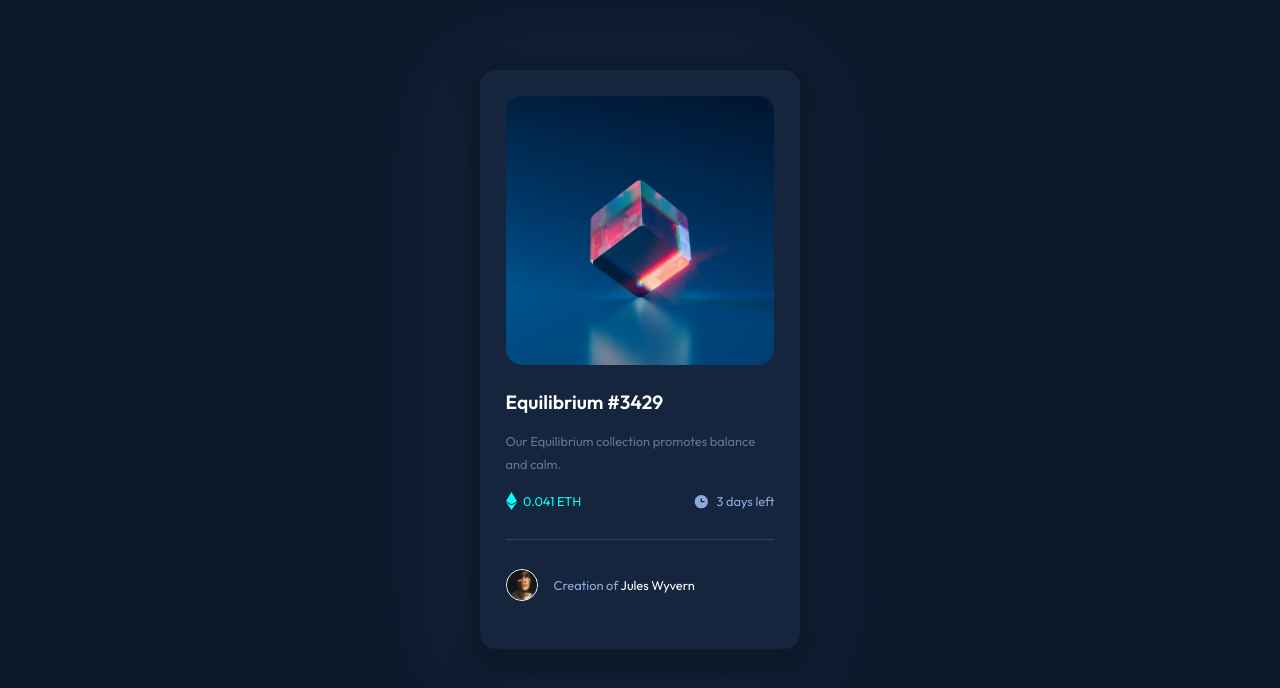
Repository: thaibaocoder1/nft-preview-card-component
Page: index.html
The author's editor kept a copy of each file at every save. The page is drawn from the files as they stood at one save, then again after a run of saves.
The browser window is 1280 px wide. The pictures show the whole page.
The pointer rests on the first visible `.container .modal`.

Above is the page before, as saved 2023-01-06 20:13:14.

### index.html
<!DOCTYPE html>
<html lang="en">
<head>
  <meta charset="UTF-8">
  <meta name="viewport" content="width=device-width, initial-scale=1.0">
  <link rel="icon" type="image/png" sizes="32x32" href="./images/favicon-32x32.png">
  <title>Frontend Mentor | NFT preview card component</title>
  <link rel="stylesheet" href="./images/favicon-32x32.png">
  <link rel="stylesheet" href="./style.css">
  <style>
    .attribution { font-size: 11px; text-align: center; }
    .attribution a { color: hsl(228, 45%, 44%); }
  </style>
</head>
<body>
  <main class="container">
      <div class="modal">
        <img src="./images/image-equilibrium.jpg" alt="Image" class="container-img">
        <div class="overlay">
          <a href="#" class="icon" title="hover">
                <img src="./images/icon-view.svg" alt="">
            </a>
        </div>
      </div>
    <div class="container-content">
      <h2 class="container-heading">Equilibrium #3429</h2>
      <p class="container-desc">Our Equilibrium collection promotes balance and calm.</p>
      <section class="container-date">
        <div class="container-date-right">
          <img src="./images/icon-ethereum.svg" alt="" class="container-date--image">
          <span class="container-date--text">
            0.041 ETH
          </span>
        </div>
        <div class="container-date-left">
          <img src="./images/icon-clock.svg" alt="" class="container-date--image">
          <span class="container-date--text">
            3 days left
          </span>
        </div>
      </section>
      <hr id="mark">
      <div class="container-footer">
        <img src="./images/image-avatar.png" alt="" class="container-date--image">
        <small class="container-date--footer">
          Creation of
          <span id="text-marker">Jules Wyvern</span>
        </small>
        </div>
      </div>
    </main>


  <!-- <div class="attribution">
    Challenge by <a href="https://www.frontendmentor.io?ref=challenge" target="_blank">Frontend Mentor</a>.
    Coded by <a href="#">baoDev</a>.
  </div> -->
</body>
</html>
<!-- Equilibrium #3429

Our Equilibrium collection promotes balance and calm.

0.041 ETH
3 days left

Creation of Jules Wyvern -->

### style.css
@import url('https://fonts.googleapis.com/css2?family=Outfit:wght@300;400;600&display=swap');
* {
    margin: 0;
    padding: 0;
    box-sizing: border-box;
}
body {
    text-rendering: optimizeLegibility;
    scroll-behavior: smooth;
    font-family: 'Outfit', sans-serif;
    display: flex;
    align-items: center;
    justify-content: center;
    min-height: calc(100vh - 1px);
    background-color: var(--very-dark-blue-main);
    font-size: 62.5%;
}
:root {
    --soft-blue: hsl(215, 51%, 70%);
    --cyan-color: hsl(178, 100%, 50%);
    --very-dark-blue-main: hsl(217, 54%, 11%);
    --very-dark-blue-card: hsl(216, 50%, 16%);
    --very-dark-blue-line: hsl(215, 32%, 27%);
    --white-color: hsl(0, 0%, 100%);
}
.container {
    width: 320px;
    background-color: var(--very-dark-blue-card);
    text-align: center;
    border-radius: 1rem;
    box-shadow: 0rem 10px 1rem 15px var(--very-dark-blue-main),
    -10px 12px 6rem 2rem var(--very-dark-blue-card);
}
.container .modal {
    width: 20rem;
    height: 20rem;
    cursor: pointer;
    padding: 1.6rem;
    position: relative;
    overflow: hidden;
}
.container .modal .overlay {
    position: absolute;
    top: 0;
    bottom: 0;
    left: 0;
    right: 0;
    height: 100%;
    width: 100%;
    opacity: 0;
    transition: all 0.2s ease-in-out;
    background-color: var(--cyan-color);
}
.container .container-img {
    max-width: 100%;
    height: auto;
    border-radius: 1rem;
    object-fit: cover;
    display: block;
}
.container .container-content {
    padding: 0 1.6rem 3rem 1.6rem;
    text-align: left;
}
.container .container-content .container-heading {
    color: var(--white-color);
    font-size: 1.2rem;
    padding-bottom: 1rem;
    transition: color 0.25s linear;
}
.container .container-content .container-desc {
    color: var(--soft-blue);
    font-size: 0.8rem;
    font-weight: 400;
    opacity: 0.6;
    line-height: 1.8;
}
.container .container-date {
    display: flex;
    align-items: center;
    padding: 1rem 0 1.8rem;
}
.container-date .container-date-right, .container .container-date-left {
    display: flex;
    align-items: center;
    justify-content: center;
}
.container .container-date .container-date-left {
    margin-left: auto;
}
.container .container-date--text {
    color: var(--cyan-color);
    font-size: 0.8rem;
    line-height: 1rem;
    text-align: center;
    margin-left: 0.4rem;
}
.container .container-date-left .container-date--text {
    color: var(--soft-blue);
}
#mark {
    border: none;
    width: 100%;
    height: 1px;
    background-color: var(--very-dark-blue-line);
}
.container .container-footer {
    padding-top: 1.8rem;
    display: flex;
    align-items: center;
}
.container .container-footer .container-date--image {
    width: 2rem;
    height: 2rem;
    border-radius: 50%;
    border: 1px solid var(--white-color);
}
.container .container-footer .container-date--footer {
    margin-left: 1rem;
    font-size: 0.8rem;
    color: var(--soft-blue);
}
.container .container-footer #text-marker {
    color: #fff;
    transition: color 0.25s linear;
}

/* Hover */
.container .container-content .container-heading:hover {
    color: var(--cyan-color);
    cursor: pointer;
}
.container .container-footer #text-marker:hover {
    color: var(--cyan-color);
    cursor: pointer;
}

/* Responsive */
@media screen and (max-width: 375px) {
    .container {
        width: calc(100% - 2rem);
    }
}

After the next 8 saves:
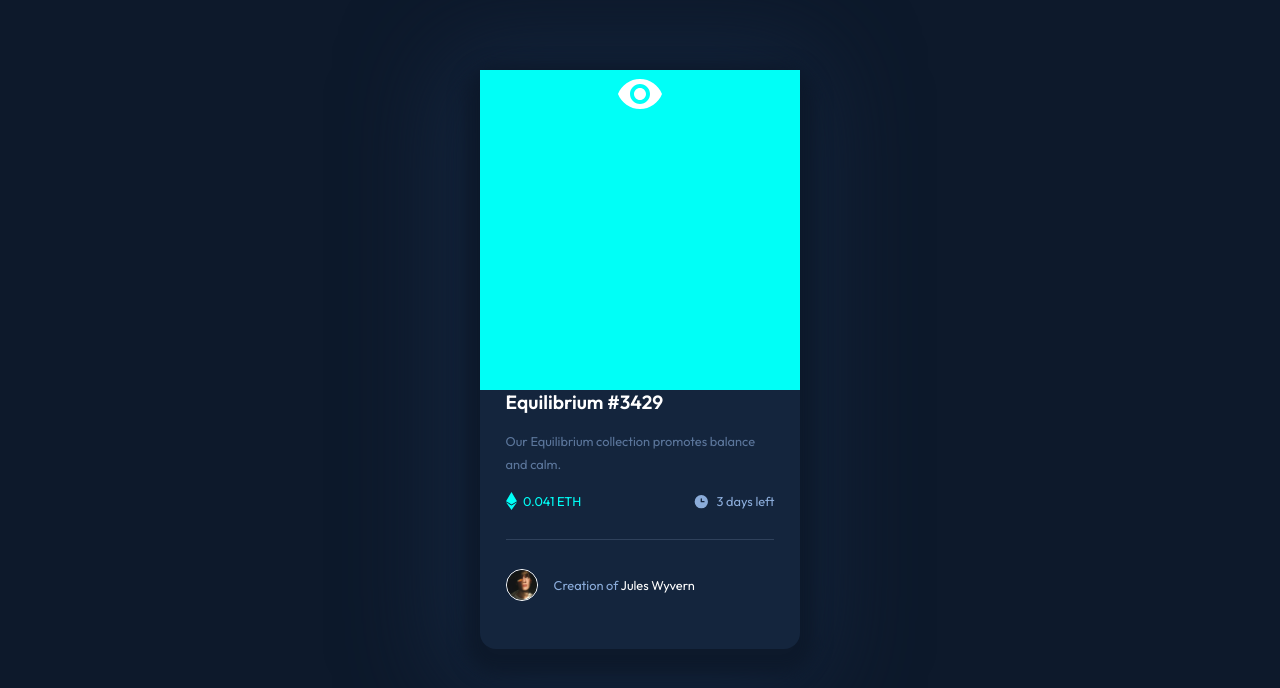
The 8 saves are shown as one change because they came seconds apart.
The last was saved 19 s later.
--- a/style.css
+++ b/style.css
@@ -50,6 +50,9 @@ body {
     opacity: 0;
     transition: all 0.2s ease-in-out;
     background-color: var(--cyan-color);
+}
+.container .modal:hover .overlay {
+    opacity: 1;
 }
 .container .container-img {
     max-width: 100%;
